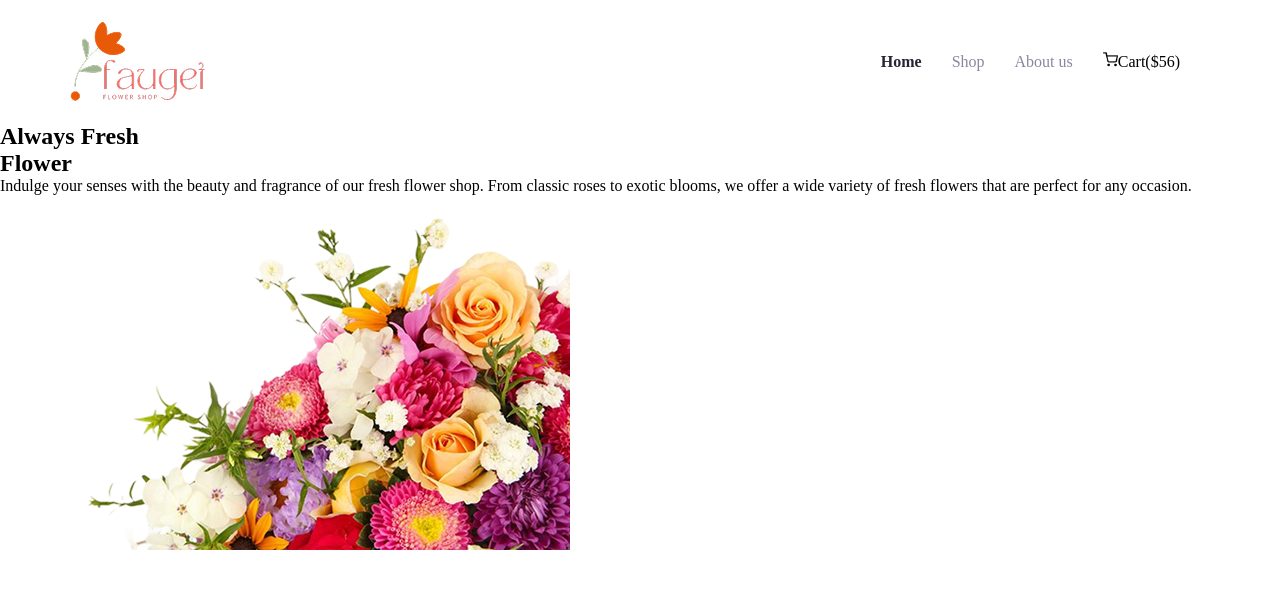
Repository: dollyrakhe22/Flowers-main-website
Page: index.html
An editor plug-in stored every save of this project. The page is shown before and after the next save, followed by the edit.
The browser window is 1280 px wide. The pictures show the whole page.
Some web libraries are served in a nearby version.

Above is the page before, as saved 2025-07-23 23:36:25.

After the next save:
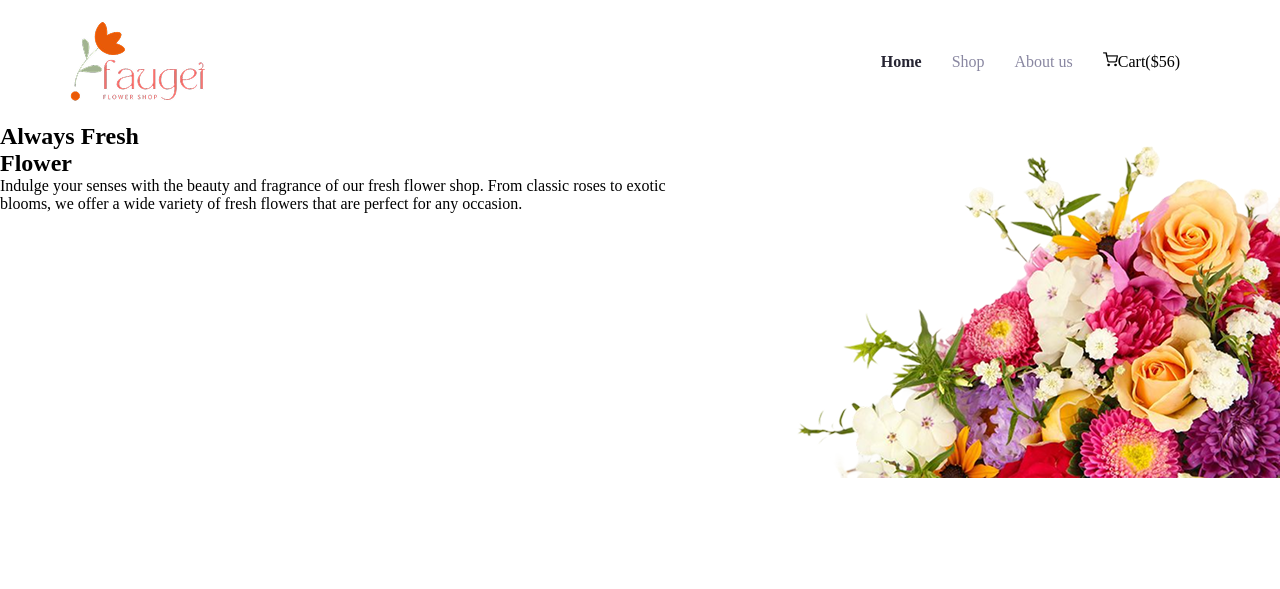
Saved 3 min 59 s later.
--- a/index.html
+++ b/index.html
@@ -21,13 +21,13 @@
              </ul>
            </nav>
  <!--Fresh Flowers-->
- <section class="flower">
+ <section class="flower-section display-flex">
   <div class="fresh-flower">
    <h1 class="flower-title">Always Fresh<br> Flower</h1>
    <p class="flower-decription">Indulge your senses with the beauty and fragrance of our fresh flower shop. From classic roses to exotic blooms,
      we offer a wide variety of fresh flowers that are perfect for any occasion. </p>
   </div>
-  <div>
+  <div class="flower-img">
     <img src="assets/hero-flower.png" alt="" srcset="">
   </div>
 
